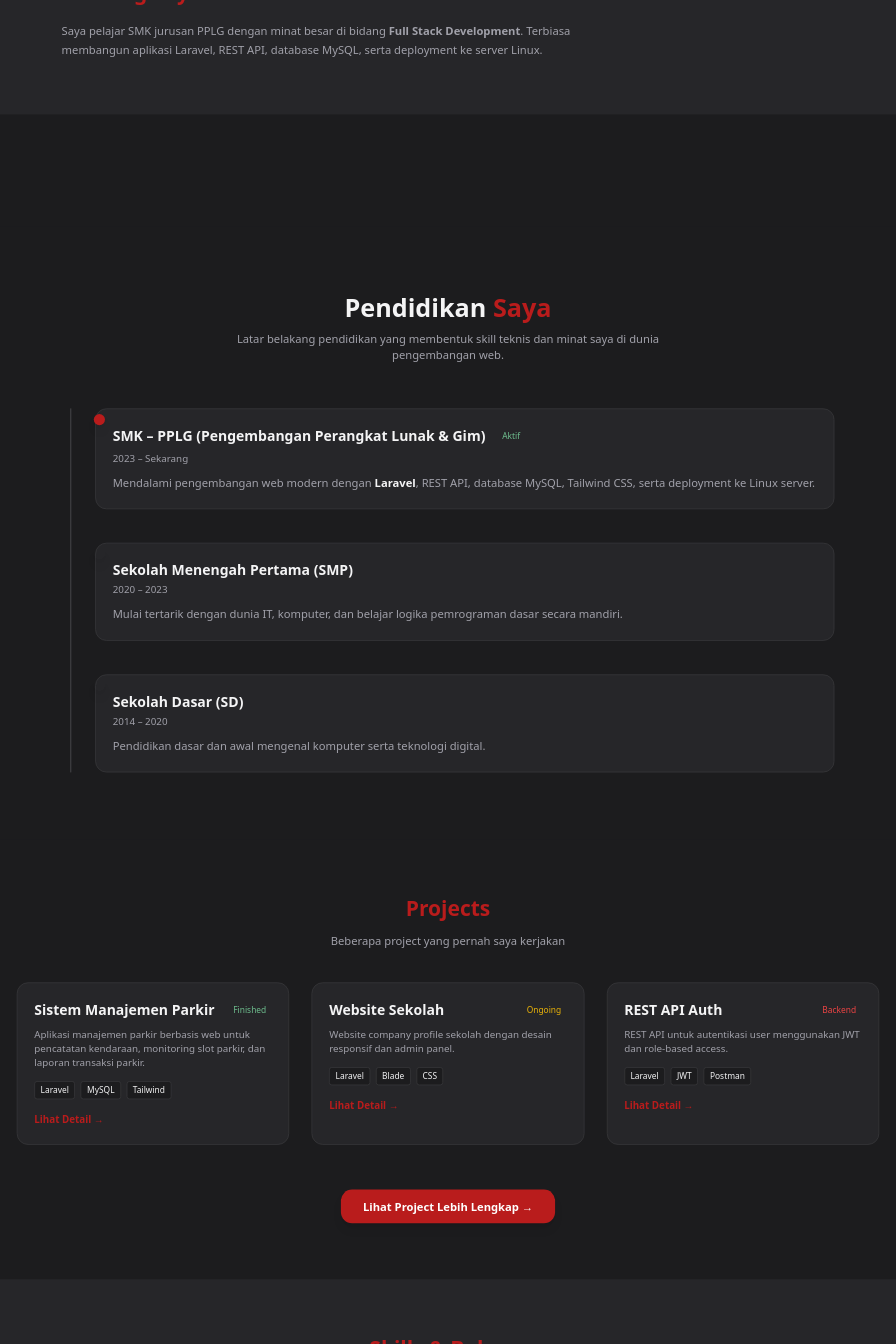
Repository: Fadlan079/Personal-Portfolio
Page: http://localhost/
An editor plug-in stored every save of this project. The page is shown before and after the next save, followed by the edit.
The browser window is 1280 px wide. The pictures show the part of the page from y = 829 to 2749 px (the page is 4222 px tall before and 4334 px after), at 70% of full size.
Some web libraries are served in a nearby version. The page is served by the project's Laravel application, run on PHP 8.4 with Laravel 12. Other server files are loaded and not shown.

Above is the page before, as saved 2026-01-15 09:12:34.

### routes/web.php
<?php

use Illuminate\Support\Facades\Route;
use App\Http\Controllers\ProjectController;

// Route::get('/', function () {
//     return view('welcome');
// });

Route::get('/', function () {
    return view('portofolio');
});

// Route::get('/project', function () {
//     return view('project');
// });

Route::get('/project', [ProjectController::class, 'index']);

### resources/views/portofolio.blade.php
<!DOCTYPE html>
<html lang="id">
<head>
  <meta charset="UTF-8" />
  <meta name="viewport" content="width=device-width, initial-scale=1.0" />
  <title>Portfolio | Fadlan</title>
  <script src="https://cdn.tailwindcss.com"></script>
  <link rel="stylesheet" href="https://cdnjs.cloudflare.com/ajax/libs/font-awesome/6.5.1/css/all.min.css"/>
  <script>
    tailwind.config = {
      theme: {
        extend: {
          colors: {
            bg: 'var(--color-bg)',
            surface: 'var(--color-surface)',
            border: 'var(--color-border)',
            text: 'var(--color-text)',
            muted: 'var(--color-muted)',
            primary: 'var(--color-primary)',
            success: 'var(--color-success)',
            danger: 'var(--color-danger)',
            warning: 'var(--color-warning)',
          }
        }
      }
    }
  </script>
  <style>
    :root {
      --color-bg: #1c1c1e;
      --color-surface: #262629;
      --color-border: #3a3a3d;
      --color-text: #f4f4f5;
      --color-muted: #a1a1aa;
      --color-primary: #b91c1c;
      --color-success: #6fbf8f;
      --color-danger:  #ef4444;
      --color-warning: #eab308;
    }

    html {
      scroll-behavior: smooth;
    }

* {
  scrollbar-width: thin;
  scrollbar-color: #ef4444 transparent;
}

::-webkit-scrollbar {
  width: 10px;
}

::-webkit-scrollbar-track {
  background: transparent;
}

::-webkit-scrollbar-thumb {
  background: linear-gradient(
    180deg,
    #ef4444,
    #dc2626
  );
  border-radius: 999px;
  border: 2px solid transparent;
  background-clip: content-box;
}

::-webkit-scrollbar-thumb:hover {
  background: linear-gradient(
    180deg,
    #f87171,
    #ef4444
  );
}

  </style>
</head>

<body class="bg-bg text-text">
  <header> @include('components.header') </header>
  <main>
    <section id="home" class="relative min-h-screen flex items-center px-6 overflow-hidden">  @include('sections.hero')</section>
    <section id="about" class="py-20 bg-surface"> @include('sections.about')</section>
    <section id="experience" class="py-20"> </section>
  </main>

<!-- Education -->
<section id="education" class="py-24 bg-bg">
  <div class="max-w-6xl mx-auto px-6">

    <!-- Heading -->
    <div class="mb-16 text-center">
      <h3 class="text-4xl font-extrabold">
        Pendidikan
        <span class="text-primary">Saya</span>
      </h3>
      <p class="text-muted mt-3 max-w-2xl mx-auto">
        Latar belakang pendidikan yang membentuk skill teknis
        dan minat saya di dunia pengembangan web.
      </p>
    </div>

    <!-- Timeline Wrapper -->
    <div class="relative pl-8 md:pl-12">

      <!-- Vertical Line -->
      <div class="absolute left-3 top-0 h-full w-[2px] bg-border"></div>

      <!-- Item -->
      <div class="relative mb-12">
        <!-- Dot -->
        <div class="absolute -left-[2px] top-2">
          <span
            class="block w-4 h-4 rounded-full bg-primary
                   shadow-lg shadow-primary/40">
          </span>
        </div>

        <!-- Card -->
        <div
          class="bg-surface border border-border rounded-2xl p-6
                 hover:-translate-y-1 transition"
        >
          <div class="flex flex-wrap items-center gap-3 mb-2">
            <h4 class="text-xl font-semibold">
              SMK – PPLG (Pengembangan Perangkat Lunak & Gim)
            </h4>
            <span
              class="text-xs px-3 py-1 rounded-full
                     bg-success/20 text-success"
            >
              Aktif
            </span>
          </div>

          <p class="text-sm text-muted mb-3">
            2023 – Sekarang
          </p>

          <p class="text-muted leading-relaxed">
            Mendalami pengembangan web modern dengan
            <strong class="text-text">Laravel</strong>,
            REST API, database MySQL, Tailwind CSS,
            serta deployment ke Linux server.
          </p>
        </div>
      </div>

      <!-- Item -->
      <div class="relative mb-12">
        <!-- Dot -->
        <div class="absolute -left-[2px] top-2">
          <span
            class="block w-4 h-4 rounded-full bg-primary/70
                   shadow-lg shadow-primary/30">
          </span>
        </div>

        <!-- Card -->
        <div
          class="bg-surface border border-border rounded-2xl p-6
                 hover:-translate-y-1 transition"
        >
          <h4 class="text-xl font-semibold mb-1">
            Sekolah Menengah Pertama (SMP)
          </h4>

          <p class="text-sm text-muted mb-3">
            2020 – 2023
          </p>

          <p class="text-muted leading-relaxed">
            Mulai tertarik dengan dunia IT, komputer,
            dan belajar logika pemrograman dasar secara mandiri.
          </p>
        </div>
      </div>

      <!-- Item -->
      <div class="relative">
        <!-- Dot -->
        <div class="absolute -left-[2px] top-2">
          <span
            class="block w-4 h-4 rounded-full bg-primary/40
                   shadow-lg shadow-primary/20">
          </span>
        </div>

        <!-- Card -->
        <div
          class="bg-surface border border-border rounded-2xl p-6
                 hover:-translate-y-1 transition"
        >
          <h4 class="text-xl font-semibold mb-1">
            Sekolah Dasar (SD)
          </h4>

          <p class="text-sm text-muted mb-3">
            2014 – 2020
          </p>

          <p class="text-muted leading-relaxed">
            Pendidikan dasar dan awal mengenal komputer
            serta teknologi digital.
          </p>
        </div>
      </div>

    </div>
  </div>
</section>


<!-- Projects -->
<section id="projects" class="py-20 bg-bg">
  <div class="max-w-7xl mx-auto px-6">
    <h3 class="text-3xl font-bold text-center mb-4 text-primary">Projects</h3>
    <p class="text-muted text-center mb-12">
      Beberapa project yang pernah saya kerjakan
    </p>

    <div class="grid md:grid-cols-3 gap-8">

<!-- Project Card -->
<div class="bg-surface border border-border rounded-2xl p-6 hover:-translate-y-2 transition">
  <div class="flex justify-between items-center mb-3">
    <h4 class="text-xl font-semibold">Sistem Manajemen Parkir</h4>
    <span class="text-xs px-2 py-1 rounded bg-success/20 text-success">
      Finished
    </span>
  </div>

  <p class="text-muted text-sm mb-4">
    Aplikasi manajemen parkir berbasis web untuk pencatatan kendaraan,
    monitoring slot parkir, dan laporan transaksi parkir.
  </p>

  <!-- Tech Stack -->
  <div class="flex flex-wrap gap-2 text-xs mb-4">
    <span class="px-2 py-1 bg-bg border border-border rounded">Laravel</span>
    <span class="px-2 py-1 bg-bg border border-border rounded">MySQL</span>
    <span class="px-2 py-1 bg-bg border border-border rounded">Tailwind</span>
  </div>

  <!-- Action -->
  <a href="https://github.com/Fadlan079/Sistem-Manajemen-Parkir.git" class="text-primary text-sm font-semibold hover:underline">
    Lihat Detail →
  </a>
</div>


      <!-- Project Card -->
      <div class="bg-surface border border-border rounded-2xl p-6 hover:-translate-y-2 transition">
        <div class="flex justify-between items-center mb-3">
          <h4 class="text-xl font-semibold">Website Sekolah</h4>
          <span class="text-xs px-2 py-1 rounded bg-warning/20 text-warning">
            Ongoing
          </span>
        </div>

        <p class="text-muted text-sm mb-4">
          Website company profile sekolah dengan desain responsif
          dan admin panel.
        </p>

        <div class="flex flex-wrap gap-2 text-xs mb-4">
          <span class="px-2 py-1 bg-bg border border-border rounded">Laravel</span>
          <span class="px-2 py-1 bg-bg border border-border rounded">Blade</span>
          <span class="px-2 py-1 bg-bg border border-border rounded">CSS</span>
        </div>

        <a href="#" class="text-primary text-sm font-semibold hover:underline">
          Lihat Detail →
        </a>
      </div>

      <!-- Project Card -->
      <div class="bg-surface border border-border rounded-2xl p-6 hover:-translate-y-2 transition">
        <div class="flex justify-between items-center mb-3">
          <h4 class="text-xl font-semibold">REST API Auth</h4>
          <span class="text-xs px-2 py-1 rounded bg-danger/20 text-danger">
            Backend
          </span>
        </div>

        <p class="text-muted text-sm mb-4">
          REST API untuk autentikasi user menggunakan JWT
          dan role-based access.
        </p>

        <div class="flex flex-wrap gap-2 text-xs mb-4">
          <span class="px-2 py-1 bg-bg border border-border rounded">Laravel</span>
          <span class="px-2 py-1 bg-bg border border-border rounded">JWT</span>
          <span class="px-2 py-1 bg-bg border border-border rounded">Postman</span>
        </div>

        <a href="#" class="text-primary text-sm font-semibold hover:underline">
          Lihat Detail →
        </a>
      </div>

    </div>
    <!-- Button Lihat Project Lengkap -->
    <div class="mt-16 flex justify-center">
    <a
        href="project"
        class="px-8 py-3 rounded-2xl
            bg-primary text-white font-semibold
            hover:bg-primary/90 transition
            shadow-lg shadow-primary/20"
    >
        Lihat Project Lebih Lengkap →
    </a>
    </div>

  </div>
</section>


<!-- Skills -->
<section id="skills" class="py-20 bg-surface">
  <div class="max-w-6xl mx-auto px-6">
    <h3 class="text-3xl font-bold mb-12 text-primary text-center">Skills & Bahasa</h3>

    <div class="grid md:grid-cols-3 gap-6 text-center">
      <div class="bg-bg border border-border rounded-xl p-6">
        <i class="fa-brands fa-laravel text-4xl text-primary mb-3"></i>
        <h4 class="font-semibold">Laravel</h4>
      </div>
      <div class="bg-bg border border-border rounded-xl p-6">
        <i class="fa-solid fa-database text-4xl text-primary mb-3"></i>
        <h4 class="font-semibold">MySQL</h4>
      </div>
      <div class="bg-bg border border-border rounded-xl p-6">
        <i class="fa-brands fa-linux text-4xl text-primary mb-3"></i>
        <h4 class="font-semibold">Linux Server</h4>
      </div>
      <div class="bg-bg border border-border rounded-xl p-6">
        <i class="fa-brands fa-html5 text-4xl text-warning mb-3"></i>
        <h4 class="font-semibold">HTML</h4>
      </div>
      <div class="bg-bg border border-border rounded-xl p-6">
        <i class="fa-brands fa-css3-alt text-4xl text-warning mb-3"></i>
        <h4 class="font-semibold">CSS / Tailwind</h4>
      </div>
      <div class="bg-bg border border-border rounded-xl p-6">
        <i class="fa-brands fa-js text-4xl text-warning mb-3"></i>
        <h4 class="font-semibold">JavaScript</h4>
      </div>
    </div>
  </div>
</section>

<!-- Contact -->
<section id="contact" class="py-24 bg-bg">
  <div class="max-w-5xl mx-auto px-6">

    <!-- Heading -->
    <div class="text-center mb-14">
      <h3 class="text-4xl font-extrabold mb-3">
        Kontak <span class="text-primary">Saya</span>
      </h3>
      <p class="text-muted max-w-2xl mx-auto">
        Tertarik kerja sama, project freelance, atau diskusi seputar web & Laravel?
        Hubungi saya melalui platform di bawah ini.
      </p>
    </div>

    <!-- Contact Cards -->
    <div class="grid sm:grid-cols-2 gap-6">

      <!-- Email -->
      <a href="mailto:fadlanfirdaus220@gmail.com"
         class="group bg-surface border border-border rounded-2xl p-6
                flex items-center gap-5
                hover:border-primary hover:-translate-y-1 transition">
        <div class="w-14 h-14 rounded-xl flex items-center justify-center
                    bg-primary/20 text-primary text-xl">
          <i class="fa-solid fa-envelope"></i>
        </div>
        <div>
          <p class="text-sm text-muted">Email</p>
          <p class="font-semibold group-hover:text-primary transition">
            fadlanfirdaus220@gmail.com
          </p>
        </div>
      </a>

      <!-- GitHub -->
      <a href="https://github.com/Fadlan079" target="_blank"
         class="group bg-surface border border-border rounded-2xl p-6
                flex items-center gap-5
                hover:border-primary hover:-translate-y-1 transition">
        <div class="w-14 h-14 rounded-xl flex items-center justify-center
                    bg-primary/20 text-primary text-xl">
          <i class="fa-brands fa-github"></i>
        </div>
        <div>
          <p class="text-sm text-muted">GitHub</p>
          <p class="font-semibold group-hover:text-primary transition">
            github.com/Fadlan079
          </p>
        </div>
      </a>

      <!-- Phone -->
      <a href="tel:082210732928"
         class="group bg-surface border border-border rounded-2xl p-6
                flex items-center gap-5
                hover:border-primary hover:-translate-y-1 transition">
        <div class="w-14 h-14 rounded-xl flex items-center justify-center
                    bg-primary/20 text-primary text-xl">
          <i class="fa-solid fa-phone"></i>
        </div>
        <div>
          <p class="text-sm text-muted">WhatsApp / Phone</p>
          <p class="font-semibold group-hover:text-primary transition">
            0822-1073-2928
          </p>
        </div>
      </a>

      <!-- Instagram -->
      <a href="https://instagram.com/fdln007" target="_blank"
         class="group bg-surface border border-border rounded-2xl p-6
                flex items-center gap-5
                hover:border-primary hover:-translate-y-1 transition">
        <div class="w-14 h-14 rounded-xl flex items-center justify-center
                    bg-primary/20 text-primary text-xl">
          <i class="fa-brands fa-instagram"></i>
        </div>
        <div>
          <p class="text-sm text-muted">Instagram</p>
          <p class="font-semibold group-hover:text-primary transition">
            @fdln007
          </p>
        </div>
      </a>

    </div>

    <!-- CTA -->
    <div class="text-center mt-16">
      <p class="text-muted mb-4">
        Siap berkolaborasi dan membangun aplikasi bersama?
      </p>
      <a href="mailto:fadlanfirdaus220@gmail.com"
         class="inline-block px-8 py-3 bg-primary text-white
                rounded-2xl font-semibold
                hover:opacity-90 transition shadow-lg shadow-primary/30">
        Hubungi Sekarang
      </a>
    </div>

  </div>
</section>


<!-- Footer -->
<footer class="relative border-t border-border bg-bg">
  <!-- Glow -->
  <div class="absolute inset-0 -z-10">
    <div class="absolute bottom-0 left-1/2 -translate-x-1/2
                w-[400px] h-[400px]
                bg-primary/20 blur-[120px] rounded-full"></div>
  </div>

  <div class="max-w-7xl mx-auto px-6 py-14 grid gap-10 md:grid-cols-3">

    <!-- Brand -->
    <div>
      <h3 class="text-xl font-bold text-primary mb-3">Fadlan.dev</h3>
      <p class="text-muted leading-relaxed">
        Full Stack Developer yang fokus pada pengembangan
        aplikasi web modern menggunakan Laravel,
        frontend responsif, dan backend yang scalable.
      </p>
    </div>

    <!-- Quick Links -->
    <div>
      <h4 class="font-semibold mb-4 text-text">Quick Links</h4>
      <ul class="space-y-2 text-muted text-sm">
        <li>
          <a href="#home" class="hover:text-primary transition">Home</a>
        </li>
        <li>
          <a href="#projects" class="hover:text-primary transition">Projects</a>
        </li>
        <li>
          <a href="#contact" class="hover:text-primary transition">Contact</a>
        </li>
      </ul>
    </div>

    <!-- Social -->
    <div>
      <h4 class="font-semibold mb-4 text-text">Connect</h4>
      <div class="flex gap-4">
        <a href="https://github.com/Fadlan079" target="_blank"
           class="w-10 h-10 rounded-xl border border-border
                  flex items-center justify-center
                  text-muted hover:text-primary hover:border-primary
                  transition">
          <i class="fa-brands fa-github"></i>
        </a>
        <a href="https://instagram.com/fdln007" target="_blank"
           class="w-10 h-10 rounded-xl border border-border
                  flex items-center justify-center
                  text-muted hover:text-primary hover:border-primary
                  transition">
          <i class="fa-brands fa-instagram"></i>
        </a>
        <a href="mailto:fadlanfirdaus220@gmail.com"
           class="w-10 h-10 rounded-xl border border-border
                  flex items-center justify-center
                  text-muted hover:text-primary hover:border-primary
                  transition">
          <i class="fa-solid fa-envelope"></i>
        </a>
      </div>
    </div>

  </div>

  <!-- Bottom -->
  <div class="border-t border-border text-center py-4 text-muted text-sm">
    © 2026 <span class="text-text font-semibold">Fadlan Firdaus</span>.
    Built with <span class="text-primary">Laravel</span> & Tailwind CSS.
  </div>
</footer>


</body>
</html>

### resources/views/components/header.blade.php
<nav class="fixed w-full bg-bg/80 backdrop-blur border-b border-border z-50">
  <div class="max-w-7xl mx-auto px-6 py-4 flex justify-between items-center">
    <h1 class="text-xl font-bold text-primary">Fadlan.dev</h1>
    <ul class="flex gap-6 text-sm">
      <li class="relative group">
        <a href="#home">Home</a>
        <span class="absolute left-0 -bottom-1 h-[2px] w-0 bg-primary transition-all group-hover:w-full"></span>
      </li>
      <li class="relative group">
        <a href="#about">About</a>
        <span class="absolute left-0 -bottom-1 h-[2px] w-0 bg-primary transition-all group-hover:w-full"></span>
      </li>
      <li class="relative group">
        <a href="#experience">Experience</a>
        <span class="absolute left-0 -bottom-1 h-[2px] w-0 bg-primary transition-all group-hover:w-full"></span>
      </li>
        <li class="relative group">
        <a href="#projects">Project</a>
        <span class="absolute left-0 -bottom-1 h-[2px] w-0 bg-primary transition-all group-hover:w-full"></span>
      </li>
      <li class="relative group">
        <a href="#skills">Skills</a>
        <span class="absolute left-0 -bottom-1 h-[2px] w-0 bg-primary transition-all group-hover:w-full"></span>
      </li>
      <li class="relative group">
        <a href="#contact">Contact</a>
        <span class="absolute left-0 -bottom-1 h-[2px] w-0 bg-primary transition-all group-hover:w-full"></span>
      </li>
    </ul>
  </div>
</nav>

### resources/views/sections/about.blade.php
<div class="max-w-6xl mx-auto px-6">
<h3 class="text-3xl font-bold mb-6 text-primary">Tentang Saya</h3>
<p class="text-muted leading-relaxed max-w-3xl">
    Saya pelajar SMK jurusan PPLG dengan minat besar di bidang
    <strong>Full Stack Development</strong>. Terbiasa membangun aplikasi
    Laravel, REST API, database MySQL, serta deployment ke server Linux.
</p>
</div>

Loaded but not shown: resources/views/sections/hero.blade.php (143 lines, source omitted)

After the next save:
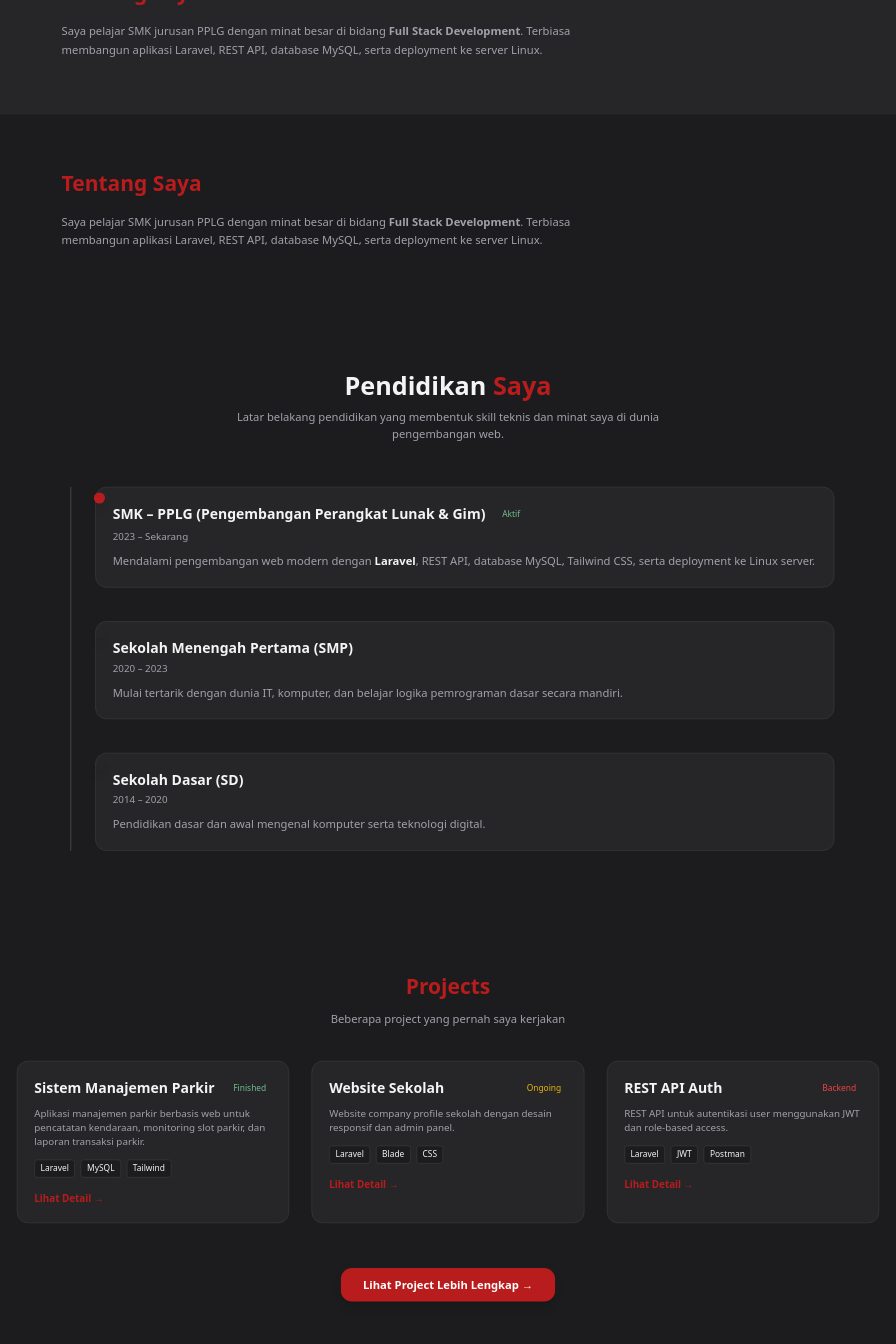
Saved 8 s later.
--- a/resources/views/portofolio.blade.php
+++ b/resources/views/portofolio.blade.php
@@ -82,7 +82,7 @@
   <main>
     <section id="home" class="relative min-h-screen flex items-center px-6 overflow-hidden">  @include('sections.hero')</section>
     <section id="about" class="py-20 bg-surface"> @include('sections.about')</section>
-    <section id="experience" class="py-20"> </section>
+    <section id="experience" class="py-20">@include('sections.about')</section>
   </main>
 
 <!-- Education -->
